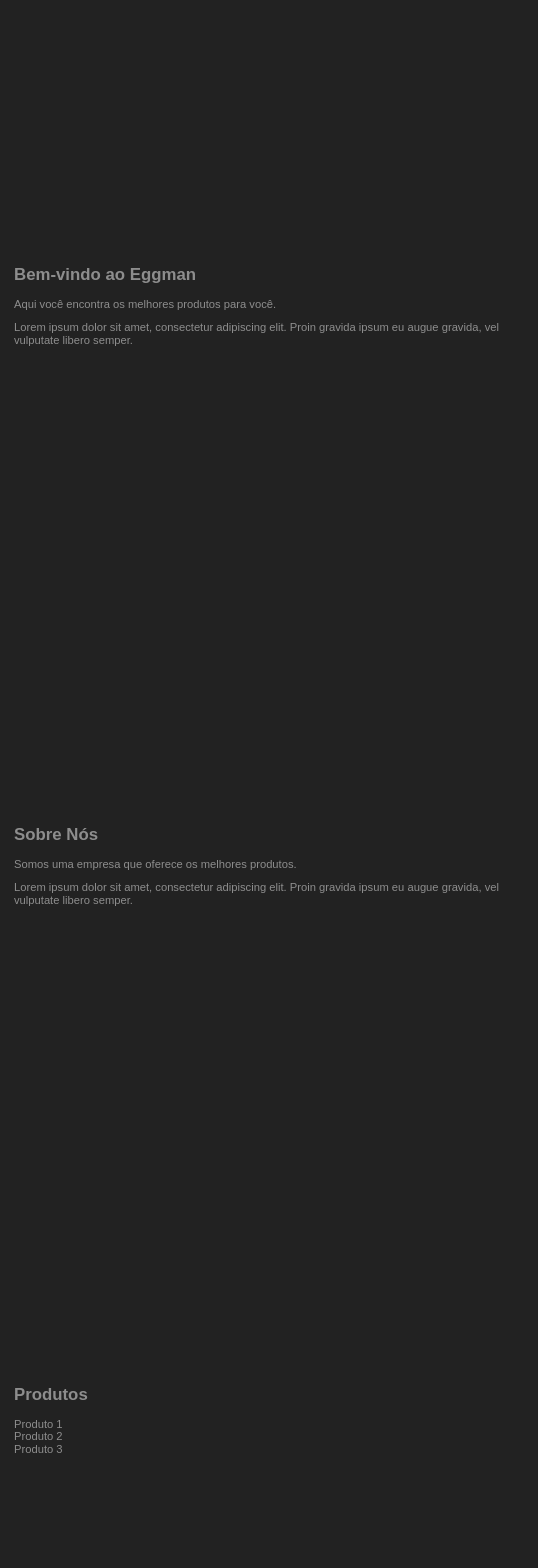
Repository: Matheus904-12/teste-2
Page: index.html
An editor plug-in stored every save of this project. The page is shown before and after the next save, followed by the edit.
The browser window is 768 px wide. The pictures show the part of the page from y = 0 to 2240 px (the page is 5236 px tall before and 1222 px after), at 70% of full size.
Some web libraries are served in a nearby version.

Above is the page before, as saved 2023-11-04 02:30:12.

After the next save:
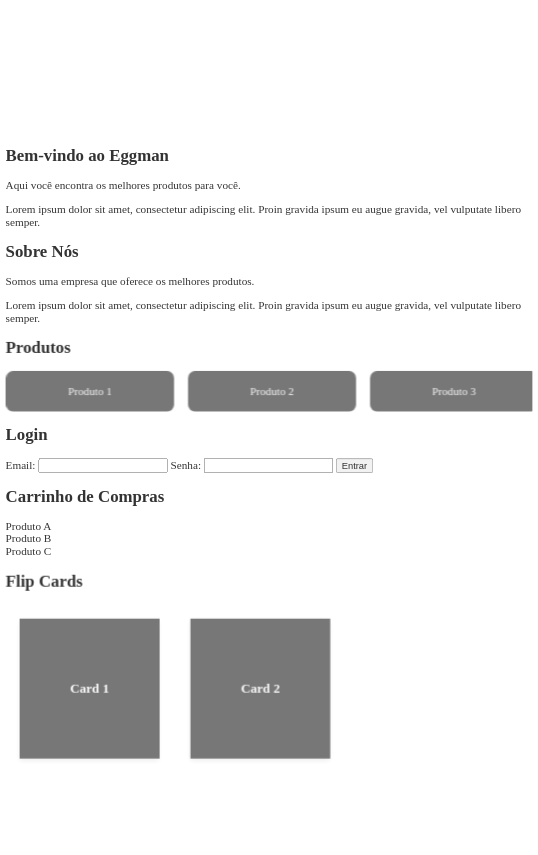
Saved 23 s later.
--- a/style.css
+++ b/style.css
@@ -1,71 +1,63 @@
-body {
-    margin: 0;
-    font-family: Arial, sans-serif;
-    background-color: #222;
+/* Seu CSS existente permanece o mesmo */
+
+/* Adicionando estilo para o carrossel */
+.produtos-carousel {
+    display: flex;
+    overflow-x: auto;
+    gap: 20px;
+    margin-top: 20px;
+}
+
+.produto {
+    min-width: 200px;
+    background-color: #555;
+    color: #fff;
+    padding: 20px;
+    border-radius: 10px;
+    text-align: center;
+}
+
+/* Adicionando estilo para os Flip Cards */
+.flip-card {
+    background-color: transparent;
+    width: 200px;
+    height: 200px;
+    perspective: 1000px;
+    display: inline-block;
+    margin: 20px;
+}
+
+.flip-card-inner {
+    position: relative;
+    width: 100%;
+    height: 100%;
+    text-align: center;
+    transition: transform 0.6s;
+    transform-style: preserve-3d;
+    box-shadow: 0 4px 8px rgba(0, 0, 0, 0.1);
+}
+
+.flip-card:hover .flip-card-inner {
+    transform: rotateY(180deg);
+}
+
+.flip-card-front, .flip-card-back {
+    position: absolute;
+    width: 100%;
+    height: 100%;
+    backface-visibility: hidden;
+    display: flex;
+    align-items: center;
+    justify-content: center;
+}
+
+.flip-card-front {
+    background-color: #555;
     color: #fff;
 }
 
-.container {
-    max-width: 1200px;
-    margin: 0 auto;
-    padding: 0 20px;
+.flip-card-back {
+    background-color: #fff;
+    color: #555;
+    transform: rotateY(180deg);
 }
-
-.header {
-    background-color: #333;
-    padding: 20px 0;
-    position: sticky;
-    top: 0;
-    z-index: 100;
-}
-
-.navbar {
-    float: right;
-}
-
-.nav-list {
-    list-style-type: none;
-    padding: 0;
-}
-
-.nav-item {
-    display: inline;
-    margin-left: 10px;
-}
-
-.nav-item a {
-    text-decoration: none;
-    color: #fff;
-    font-weight: bold;
-}
-
-.section {
-    min-height: 100vh;
-    padding: 60px 0;
-    box-sizing: border-box;
-}
-
-.produtos, .carrinho {
-    display: grid;
-    grid-template-columns: repeat(auto-fit, minmax(200px, 1fr));
-    grid-gap: 20px;
-}
-
-.footer {
-    background-color: #333;
-    padding: 20px 0;
-    text-align: center;
-}
-
-@media (max-width: 768px) {
-    .navbar {
-        float: none;
-        text-align: center;
-        margin-top: 10px;
-    }
-
-    .nav-item {
-        display: block;
-        margin: 5px 0;
-    }
-}
